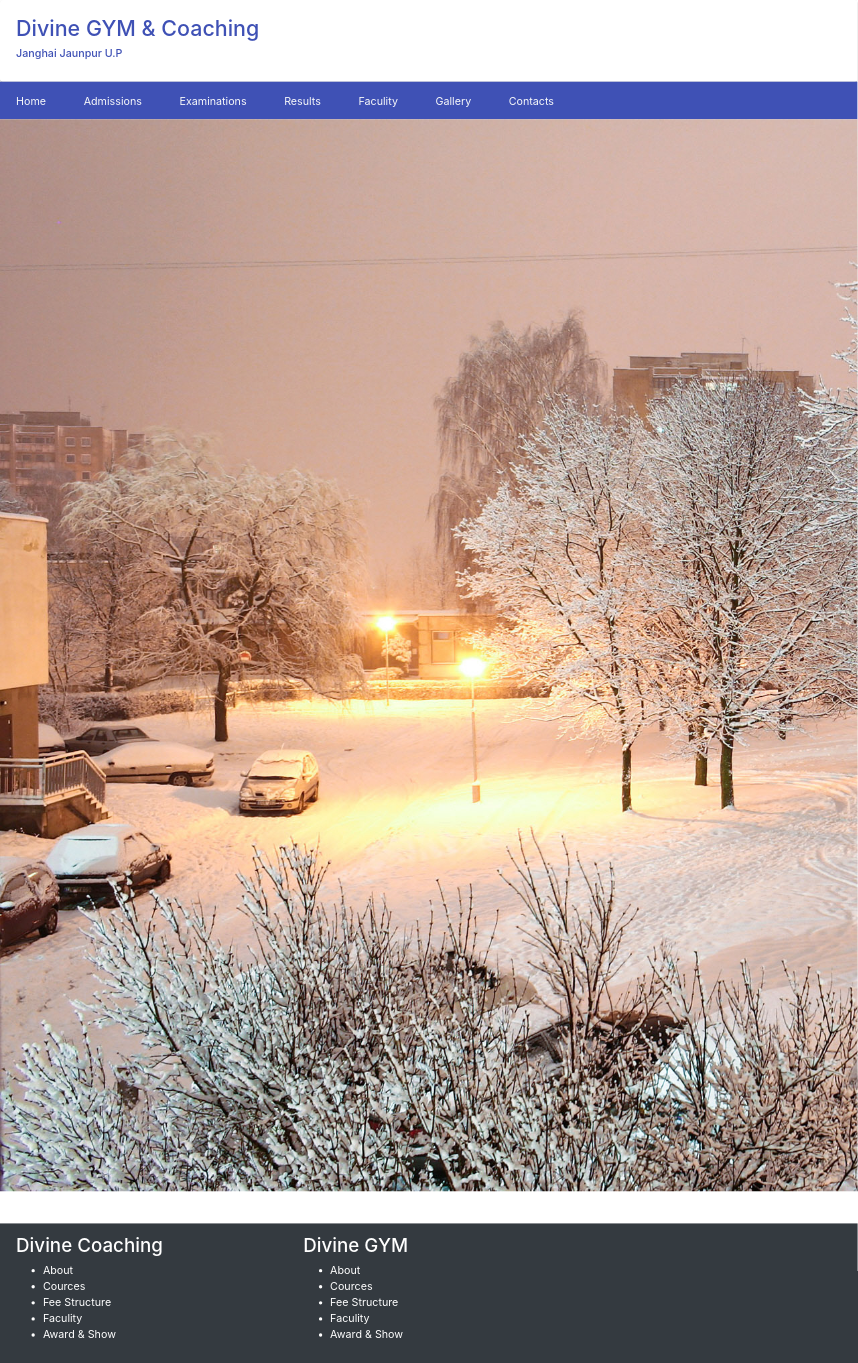
Repository: lalji-yadav/vikash-Coaching-frontend
Page: /gallery
The author's editor kept a copy of each file at every save. The page is drawn from the files as they stood at one save, then again after the next save.
The browser window is 1280 px wide. The pictures show the whole page, at 67% of full size.
The project was rebuilt for these pictures with package versions that can differ from the ones it lists, and the page was loaded fresh each time. Also part of the build but not shown: src/index.css, src/home/home.js, src/component/admission/admission.js, src/component/examination/examination.js, src/component/results/result.js, src/component/faculity/faculity.js.

Above is the page before, as saved 2021-04-10 21:47:37.

After the next save:
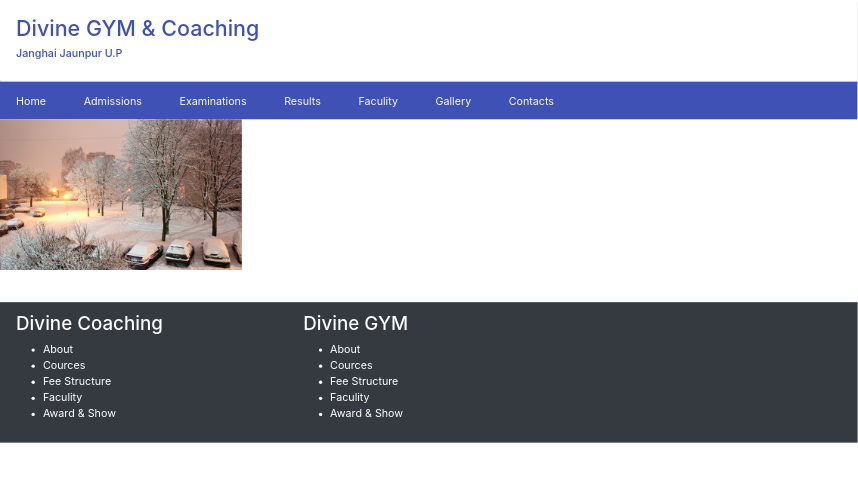
Saved 66 s later.
--- a/src/component/gallery/gallery.js
+++ b/src/component/gallery/gallery.js
@@ -7,7 +7,8 @@ class gallery extends Component {
             <div>
                 <div className="row">
                     <div className="col-md-5">
-                        <img src={process.env.PUBLIC_URL + '/image/gallery/Admin/0 (22) - Copy.jpg'} alt="" />
+
+                        <img style={{width:"70%"}} src={process.env.PUBLIC_URL + '/image/gallery/Admin/0 (22) - Copy.jpg'} alt="" />
 
                     </div>
 
